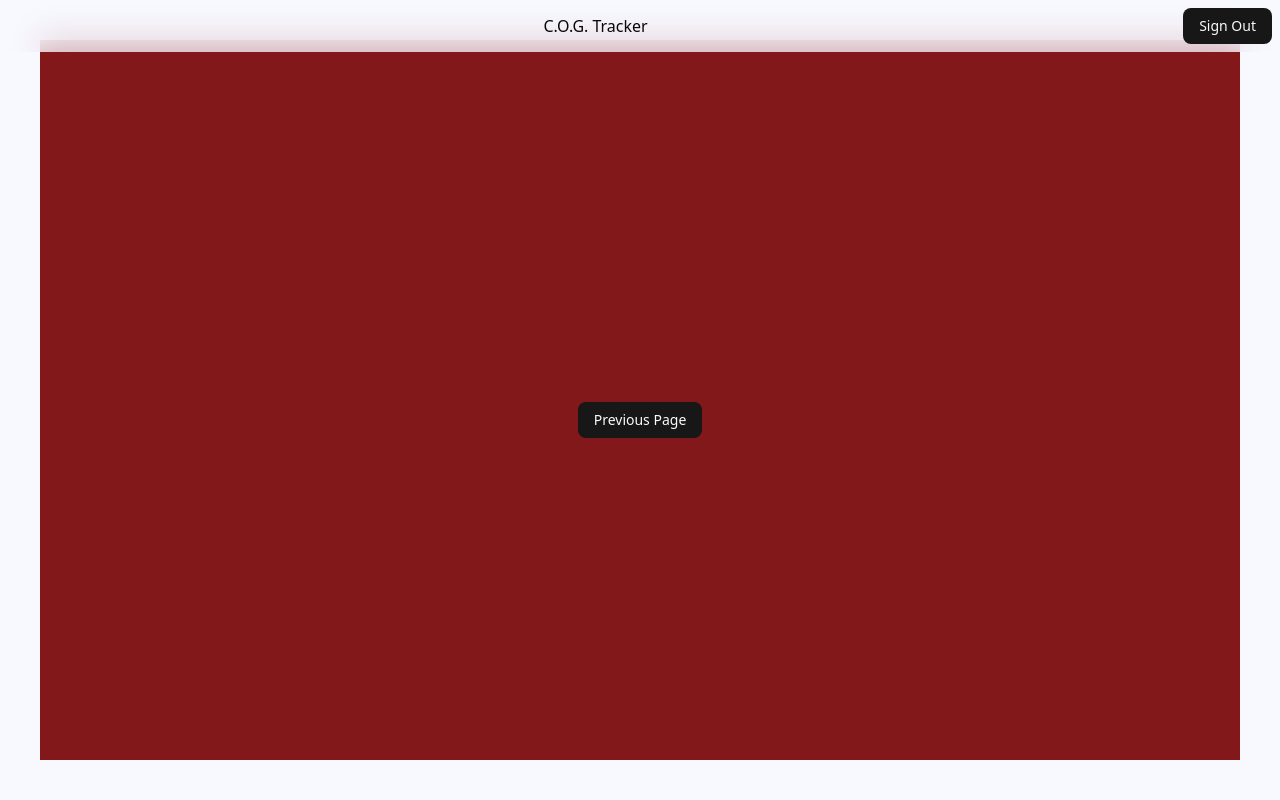
Repository: Renzo-Salosagcol/cog_tracker
Page: /dashboard/add-tracker
These files come from the project's save history. The page is drawn as it stood at one moment and after the next save; the edit follows.
The browser window is 1280 px wide. The pictures show the whole page.
The page's requests for data from a server got no answer. The project was rebuilt for these pictures with package versions that can differ from the ones it lists, and the page was loaded fresh each time. The framework's server and built-in components were replaced by stand-ins that run in the browser. No one was signed in, and anything a server would have sent is missing. Also part of the build but not shown: next.config.ts.

Above is the page before, as saved 2026-01-14 20:21:46.

### app/layout.tsx
import type { Metadata } from "next";
import { Geist, Geist_Mono } from "next/font/google";
import "./globals.css";

const geistSans = Geist({
  variable: "--font-geist-sans",
  subsets: ["latin"],
});

const geistMono = Geist_Mono({
  variable: "--font-geist-mono",
  subsets: ["latin"],
});

export const metadata: Metadata = {
  title: "COG Tracker",
  description: "COG tracker created to track client owned goods in a centralized and easily accessible way",
};

export default function RootLayout({
  children,
}: Readonly<{
  children: React.ReactNode;
}>) {
  return (
    <html lang="en">
      <body
        className={`${geistSans.variable} ${geistMono.variable} antialiased`}
      >
        {children}
      </body>
    </html>
  );
}

### app/dashboard/add-tracker/page.tsx
"use client";
import { Navbar } from "@/components/navbar";
import { Button } from "@/components/ui/button";


export default function AddTrackerPage() {
  return (
    <div className="root-page-element bg-background items-center justify-center p-10">
      <Navbar />
      <div className="bg-red-900 w-full min-h-screen h-full flex flex-col items-center justify-center gap-4 p-10 pt-20">
        <div className="top-0">
          <Button>Previous Page</Button>
        </div>

      </div>
    </div>
  );
}

### app/globals.css
@import "tailwindcss";
@import "tw-animate-css";

@custom-variant dark (&:is(.dark *));

@theme inline {
  --radius-sm: calc(var(--radius) - 4px);
  --radius-md: calc(var(--radius) - 2px);
  --radius-lg: var(--radius);
  --radius-xl: calc(var(--radius) + 4px);
  --radius-2xl: calc(var(--radius) + 8px);
  --radius-3xl: calc(var(--radius) + 12px);
  --radius-4xl: calc(var(--radius) + 16px);
  --color-background: var(--background);
  --color-foreground: var(--foreground);
  --color-card: var(--card);
  --color-card-foreground: var(--card-foreground);
  --color-popover: var(--popover);
  --color-popover-foreground: var(--popover-foreground);
  --color-primary: var(--primary);
  --color-primary-foreground: var(--primary-foreground);
  --color-secondary: var(--secondary);
  --color-secondary-foreground: var(--secondary-foreground);
  --color-muted: var(--muted);
  --color-muted-foreground: var(--muted-foreground);
  --color-accent: var(--accent);
  --color-accent-foreground: var(--accent-foreground);
  --color-destructive: var(--destructive);
  --color-border: var(--border);
  --color-input: var(--input);
  --color-ring: var(--ring);
  --color-chart-1: var(--chart-1);
  --color-chart-2: var(--chart-2);
  --color-chart-3: var(--chart-3);
  --color-chart-4: var(--chart-4);
  --color-chart-5: var(--chart-5);
  --color-sidebar: var(--sidebar);
  --color-sidebar-foreground: var(--sidebar-foreground);
  --color-sidebar-primary: var(--sidebar-primary);
  --color-sidebar-primary-foreground: var(--sidebar-primary-foreground);
  --color-sidebar-accent: var(--sidebar-accent);
  --color-sidebar-accent-foreground: var(--sidebar-accent-foreground);
  --color-sidebar-border: var(--sidebar-border);
  --color-sidebar-ring: var(--sidebar-ring);
  --color-facebook: var(--facebook-blue);
}

:root {
  --radius: 0.625rem;
  --background: #f8f8ff; /* Ghost White */
  --foreground: #080808; /* Vampire Black */
  --card: oklch(1 0 0);
  --card-foreground: oklch(0.145 0 0);
  --popover: oklch(1 0 0);
  --popover-foreground: oklch(0.145 0 0);
  --primary: oklch(0.205 0 0);
  --primary-foreground: oklch(0.985 0 0);
  --secondary: oklch(0.97 0 0);
  --secondary-foreground: oklch(0.205 0 0);
  --muted: oklch(0.97 0 0);
  --muted-foreground: oklch(0.556 0 0);
  --accent: oklch(0.97 0 0);
  --accent-foreground: oklch(0.205 0 0);
  --destructive: oklch(0.577 0.245 27.325);
  --border: oklch(0.922 0 0);
  --input: oklch(0.922 0 0);
  --ring: oklch(0.708 0 0);
  --chart-1: oklch(0.646 0.222 41.116);
  --chart-2: oklch(0.6 0.118 184.704);
  --chart-3: oklch(0.398 0.07 227.392);
  --chart-4: oklch(0.828 0.189 84.429);
  --chart-5: oklch(0.769 0.188 70.08);
  --sidebar: oklch(0.985 0 0);
  --sidebar-foreground: oklch(0.145 0 0);
  --sidebar-primary: oklch(0.205 0 0);
  --sidebar-primary-foreground: oklch(0.985 0 0);
  --sidebar-accent: oklch(0.97 0 0);
  --sidebar-accent-foreground: oklch(0.205 0 0);
  --sidebar-border: oklch(0.922 0 0);
  --sidebar-ring: oklch(0.708 0 0);
  --facebook-blue: #0165E1;
}

.dark {
  --background: #080808; /* Vampire Black */
  --foreground: #f8f8ff; /* Ghost White */
  --card: oklch(0.205 0 0);
  --card-foreground: oklch(0.985 0 0);
  --popover: oklch(0.205 0 0);
  --popover-foreground: oklch(0.985 0 0);
  --primary: oklch(0.922 0 0);
  --primary-foreground: oklch(0.205 0 0);
  --secondary: oklch(0.269 0 0);
  --secondary-foreground: oklch(0.985 0 0);
  --muted: oklch(0.269 0 0);
  --muted-foreground: oklch(0.708 0 0);
  --accent: oklch(0.269 0 0);
  --accent-foreground: oklch(0.985 0 0);
  --destructive: oklch(0.704 0.191 22.216);
  --border: oklch(1 0 0 / 10%);
  --input: oklch(1 0 0 / 15%);
  --ring: oklch(0.556 0 0);
  --chart-1: oklch(0.488 0.243 264.376);
  --chart-2: oklch(0.696 0.17 162.48);
  --chart-3: oklch(0.769 0.188 70.08);
  --chart-4: oklch(0.627 0.265 303.9);
  --chart-5: oklch(0.645 0.246 16.439);
  --sidebar: oklch(0.205 0 0);
  --sidebar-foreground: oklch(0.985 0 0);
  --sidebar-primary: oklch(0.488 0.243 264.376);
  --sidebar-primary-foreground: oklch(0.985 0 0);
  --sidebar-accent: oklch(0.269 0 0);
  --sidebar-accent-foreground: oklch(0.985 0 0);
  --sidebar-border: oklch(1 0 0 / 10%);
  --sidebar-ring: oklch(0.556 0 0);
  --facebook-blue: #0165E1;
}

@layer base {
  * {
    @apply border-border outline-ring/50;
  }
  body {
    @apply bg-background text-foreground;
  }
}

@utility root-page-element {
  @apply min-h-screen flex flex-col items-center justify-center top-0 left-0 w-full;
}

@utility glassmorphism {
  @apply bg-background/70 backdrop-blur-lg
}

### components/navbar.tsx
import { supabase } from "@/lib/supabase"
import { Button } from "./ui/button"
import { getUserInformation } from "@/lib/supabase"
import { useRouter } from "next/navigation";
import { useState, useEffect } from "react";

export const Navbar = () => {
  const router = useRouter();
  const [user, setUser] = useState(null);

  useEffect(() => {
    const getUser = async () => {
      const supabaseUser = await getUserInformation();
      setUser(supabaseUser);
    };
    getUser();
  }, []);

  async function signOut() {
    let { error } = await supabase.auth.signOut()
  }

  useEffect(() => {
    const { data: { subscription } } = supabase.auth.onAuthStateChange((event, session) => {
      if (event == "SIGNED_OUT") {
          router.push("/");
      }
    });
    return () => subscription?.unsubscribe();
  }, [router]);

  return (
    <nav className="top-0 left-0 w-full glassmorphism fixed">
      <div className="flex flex-row items-center justify-between p-2">
        <div className="items-left">{user?.email}</div>
        <h1>C.O.G. Tracker</h1>
        <Button onClick={signOut}>Sign Out</Button>
      </div>
    </nav>
  )
}

### components/ui/button.tsx
import * as React from "react"
import { Slot } from "@radix-ui/react-slot"
import { cva, type VariantProps } from "class-variance-authority"

import { cn } from "@/lib/utils"

const buttonVariants = cva(
  "inline-flex items-center justify-center gap-2 whitespace-nowrap rounded-md text-sm font-medium transition-all disabled:pointer-events-none disabled:opacity-50 [&_svg]:pointer-events-none [&_svg:not([class*='size-'])]:size-4 shrink-0 [&_svg]:shrink-0 outline-none focus-visible:border-ring focus-visible:ring-ring/50 focus-visible:ring-[3px] aria-invalid:ring-destructive/20 dark:aria-invalid:ring-destructive/40 aria-invalid:border-destructive",
  {
    variants: {
      variant: {
        default: "bg-primary text-primary-foreground hover:bg-primary/90",
        destructive:
          "bg-destructive text-white hover:bg-destructive/90 focus-visible:ring-destructive/20 dark:focus-visible:ring-destructive/40 dark:bg-destructive/60",
        outline:
          "border bg-background shadow-xs hover:bg-accent hover:text-accent-foreground dark:bg-input/30 dark:border-input dark:hover:bg-input/50",
        secondary:
          "bg-secondary text-secondary-foreground hover:bg-secondary/80",
        ghost:
          "hover:bg-accent hover:text-accent-foreground dark:hover:bg-accent/50",
        link: "text-primary underline-offset-4 hover:underline",
        facebook: "bg-facebook text-white hover:bg-facebook/90",
      },
      size: {
        default: "h-9 px-4 py-2 has-[>svg]:px-3",
        sm: "h-8 rounded-md gap-1.5 px-3 has-[>svg]:px-2.5",
        lg: "h-10 rounded-md px-6 has-[>svg]:px-4",
        icon: "size-9",
        "icon-sm": "size-8",
        "icon-lg": "size-10",
      },
    },
    defaultVariants: {
      variant: "default",
      size: "default",
    },
  }
)

function Button({
  className,
  variant = "default",
  size = "default",
  asChild = false,
  ...props
}: React.ComponentProps<"button"> &
  VariantProps<typeof buttonVariants> & {
    asChild?: boolean
  }) {
  const Comp = asChild ? Slot : "button"

  return (
    <Comp
      data-slot="button"
      data-variant={variant}
      data-size={size}
      className={cn(buttonVariants({ variant, size, className }))}
      {...props}
    />
  )
}

export { Button, buttonVariants }

### lib/supabase.ts
import { createClient } from '@supabase/supabase-js';

const supabaseUrl = process.env.NEXT_PUBLIC_SUPABASE_URL;
const supabaseAnonKey = process.env.NEXT_PUBLIC_SUPABASE_ANON_KEY;

export const supabase = createClient(supabaseUrl, supabaseAnonKey);

export async function getUserInformation() {
  const { data: { user } } = await supabase.auth.getUser()

  return user;
}

Loaded but not shown: lib/utils.ts (common file)

After the next save:
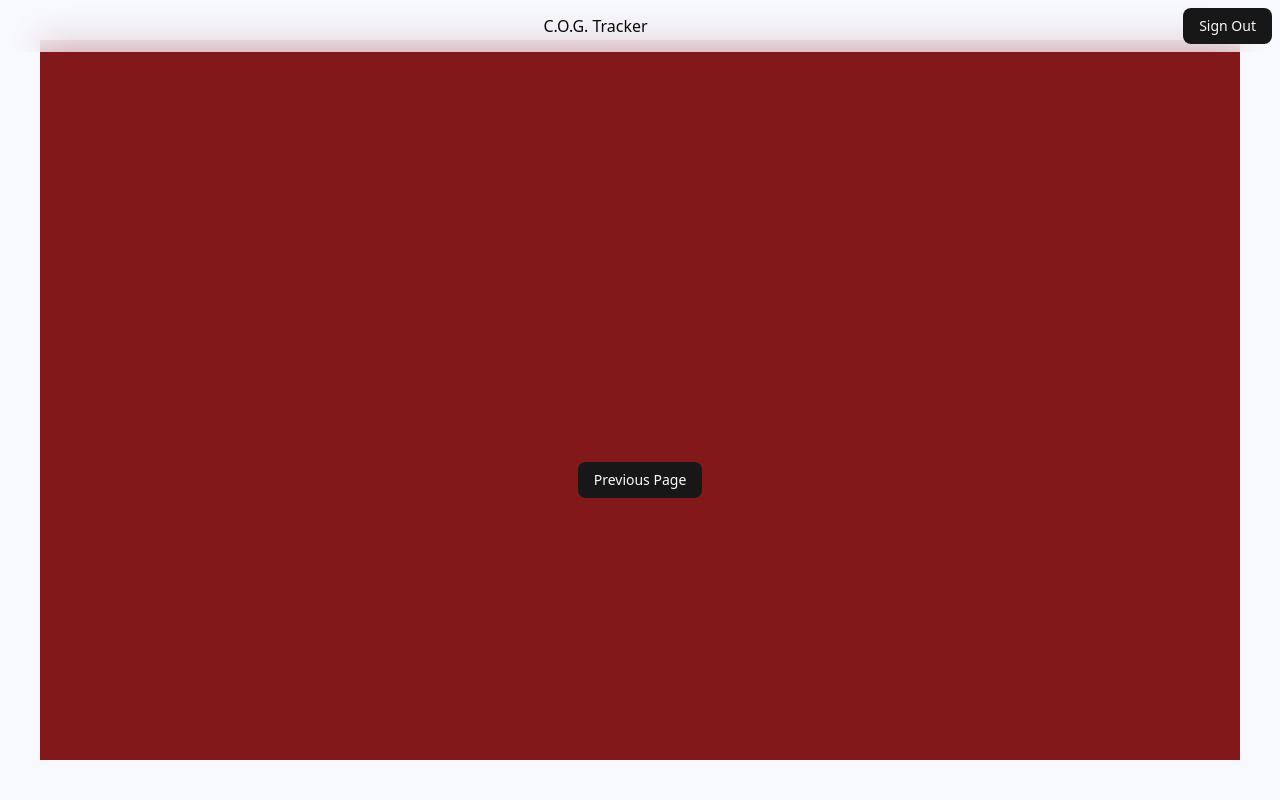
Saved 12 s later.
--- a/app/dashboard/add-tracker/page.tsx
+++ b/app/dashboard/add-tracker/page.tsx
@@ -7,7 +7,7 @@ export default function AddTrackerPage() {
   return (
     <div className="root-page-element bg-background items-center justify-center p-10">
       <Navbar />
-      <div className="bg-red-900 w-full min-h-screen h-full flex flex-col items-center justify-center gap-4 p-10 pt-20">
+      <div className="bg-red-900 w-full min-h-screen h-full flex flex-col items-center justify-center gap-4 p-10 pt-50">
         <div className="top-0">
           <Button>Previous Page</Button>
         </div>
